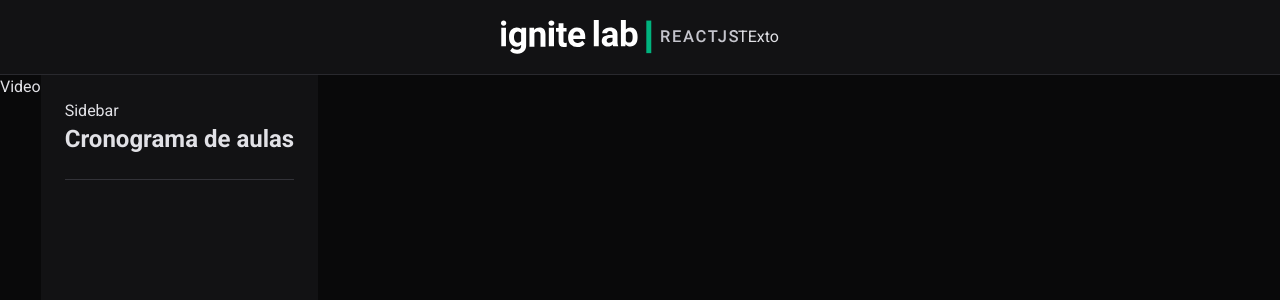
Repository: weltergab/Event_Plataform-IgniteLab
Page: /event
The author's editor kept a copy of each file at every save. The page is drawn from the files as they stood at one save, then again after the next save.
The browser window is 1280 px wide. The pictures show the whole page.
The page's requests for data from a server got no answer. The project was rebuilt for these pictures with package versions that can differ from the ones it lists, and the page was loaded fresh each time. No one was signed in, and anything a server would have sent is missing. Also part of the build but not shown: vite.config.ts.

Above is the page before, as saved 2022-06-24 16:48:53.

After the next save:
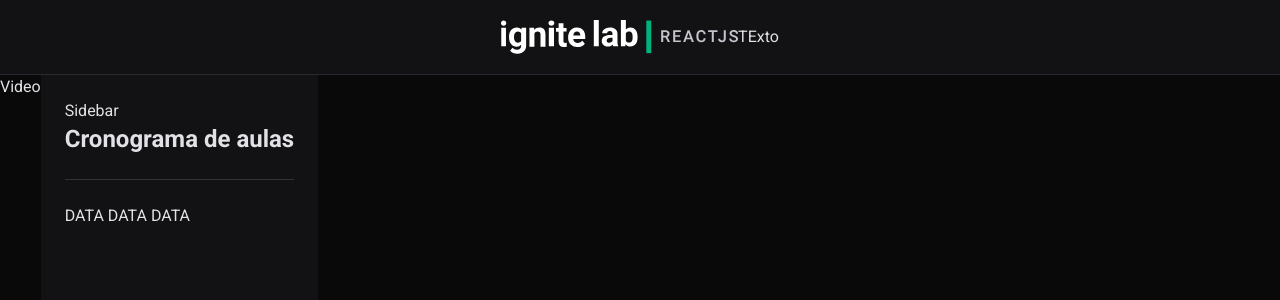
Saved 110 s later.
--- a/src/components/Lesson.tsx
+++ b/src/components/Lesson.tsx
@@ -1,7 +1,7 @@
 export function Lesson(){
     return (
         <a href="#">
-
+            <span>DATA DATA DATA</span>
         </a>
     )
 }
